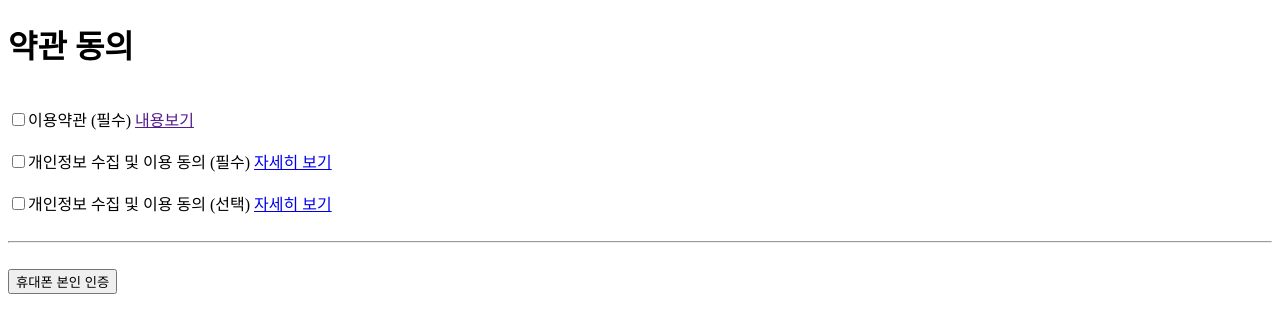
Repository: bongbongi/book1
Page: http://localhost/book/WEB-INF/views/member/join-ts.jsp
An editor plug-in stored every save of this project. The page is shown before and after the next save, followed by the edit.
The browser window is 1280 px wide. The pictures show the whole page.
The page is served by Tomcat 9. Nobody is signed in. The template is opened directly, without the code that normally fills it, so the values that code supplies are empty.

Above is the page before, as saved 2023-01-03 06:25:34.

After the next save:
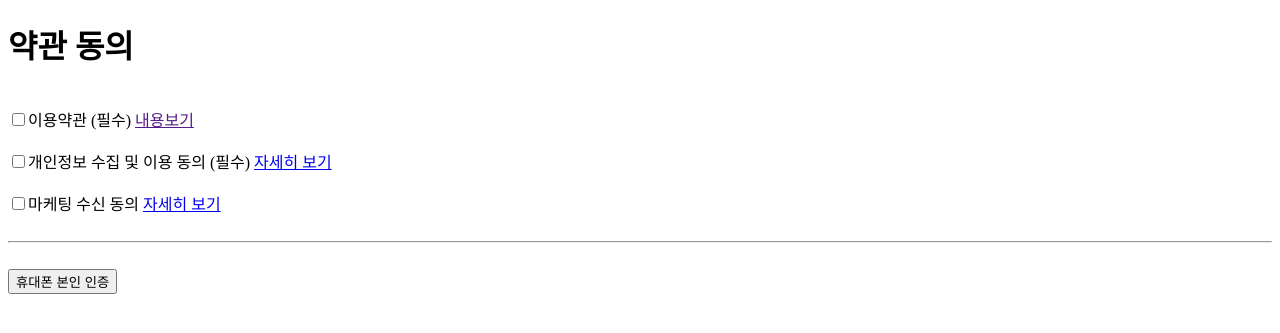
Saved 16 s later.
--- a/book/src/main/webapp/WEB-INF/views/member/join-ts.jsp
+++ b/book/src/main/webapp/WEB-INF/views/member/join-ts.jsp
@@ -11,7 +11,7 @@
 <h1>약관 동의</h1><Br>
 <input type="checkbox">이용약관 (필수) <a href="">내용보기</a><br><br>
 <input type="checkbox">개인정보 수집 및 이용 동의 (필수) <a href="#">자세히 보기</a><br><br>
-<input type="checkbox">개인정보 수집 및 이용 동의 (선택) <a href="#">자세히 보기</a><br><br>
+<input type="checkbox">마케팅 수신 동의 <a href="#">자세히 보기</a><br><br>
 <hr>
 <br>
 <a ><button>휴대폰 본인 인증</button></a>
